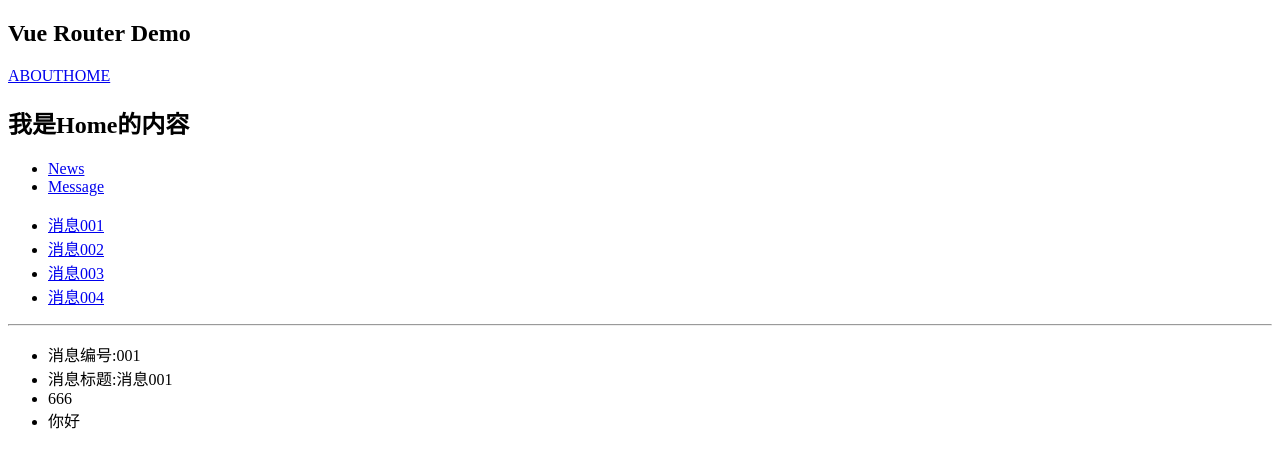
Repository: 13067902180/vue2.0study
Page: /#/home/message/detail/001/%E6%B6%88%E6%81%AF001
The author's editor kept a copy of each file at every save. The page is drawn from the files as they stood at one save, then again after the next save.
The browser window is 1280 px wide. The pictures show the whole page.
The project was rebuilt for these pictures with package versions that can differ from the ones it lists, and the page was loaded fresh each time. Also part of the build but not shown: vue.config.js, src/pages/About.vue, src/pages/News.vue.

Above is the page before, as saved 2023-03-07 09:51:01.

After the next save:
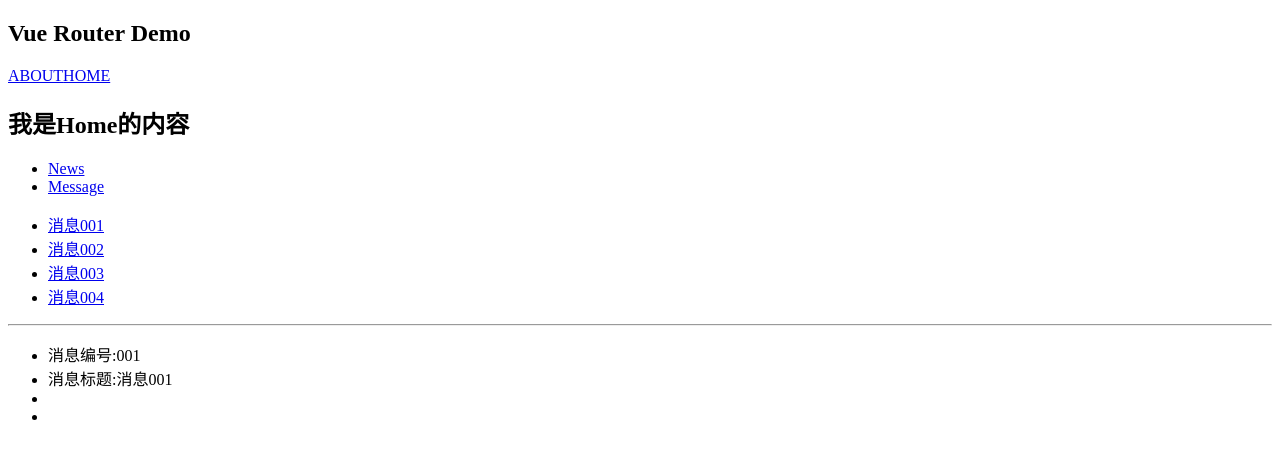
Saved 62 s later.
--- a/src/router/index.js
+++ b/src/router/index.js
@@ -38,8 +38,8 @@ export default new VueRouter({
                         // props的第二种写法，值为布尔值，若布尔值为真就会把该组件收到的说有params参数以props的形式传给detail组件
                         // props: true,
                         // 第三种写法，值为函数
-                        props() {
-                            return { id: '666', title: '你好' }
+                        props($router) {
+                            return { id: $router.query.id, title: $router.query.title }
                         }
                     }
 
